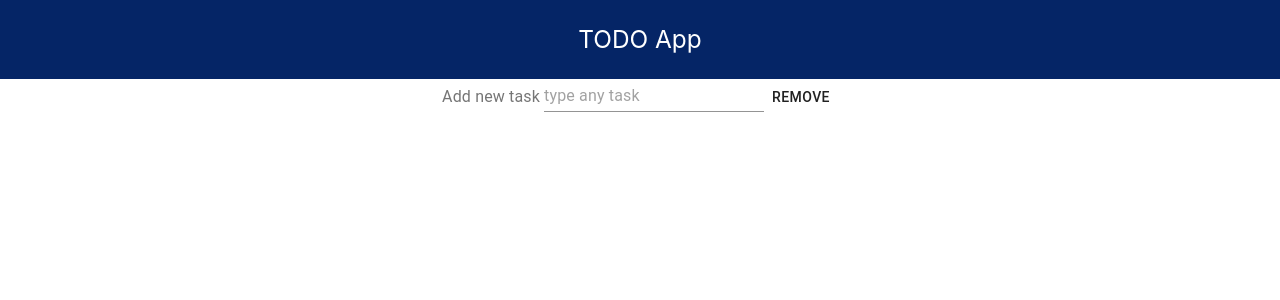
Repository: Shams97/Todo-app
Page: /
These files come from the project's save history. The page is drawn as it stood at one moment and after a run of saves; the edit follows.
The browser window is 1280 px wide. The pictures show the whole page.
The project was rebuilt for these pictures with package versions that can differ from the ones it lists, and the page was loaded fresh each time.

Above is the page before, as saved 2021-06-26 23:21:22.

### src/App.js
import './App.css';
import Tasks from './tasks/tasks';
function App() {
  return (
    <div className="App">
      <header className="App-header">
            <p> TODO App</p>
      </header>
      <Tasks/>
    </div>
  );
}

export default App;

### src/App.css
.App {
  text-align: center;
}

.App-header {
  background-color: #052566;
  min-height: 10vh;
  display: flex;
  flex-direction: column;
  align-items: center;
  justify-content: center;
  font-size: calc(10px + 2vmin);
  color: white;
}
.container {
  padding:0% 2%;
}

### src/tasks/tasks.js
import React from "react";
import { Button, Input, FormLabel, Container } from "@material-ui/core";
export default function Tasks() {
  return (
    <Container>
      <FormLabel>Add new task </FormLabel>
      <Input placeholder="type any task"></Input>
      <Button>remove</Button>
    </Container>
  );
}

Loaded but not shown: public/index.html (common file); src/index.js (common file); src/index.css (common file); src/reportWebVitals.js (common file)

After the next 3 saves:
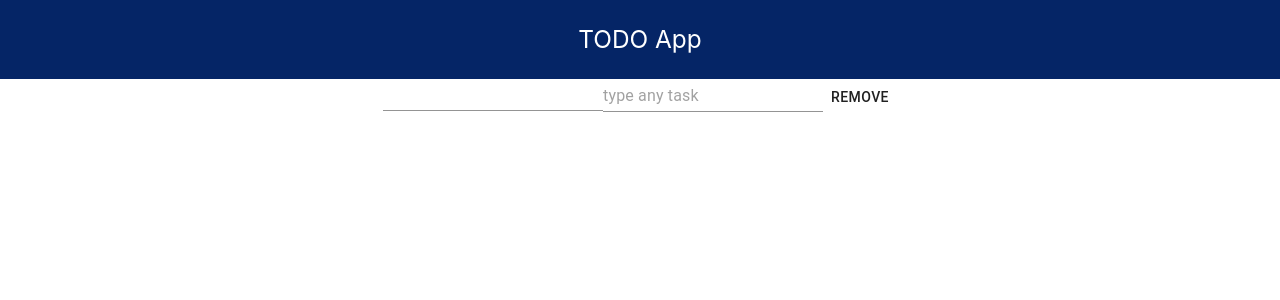
The 3 saves are shown as one change because 2 did not build or start.
The last was saved 59 s later.
--- a/src/tasks/tasks.js
+++ b/src/tasks/tasks.js
@@ -1,9 +1,9 @@
 import React from "react";
-import { Button, Input, FormLabel, Container } from "@material-ui/core";
+import { Button, Input, TextField, Container } from "@material-ui/core";
 export default function Tasks() {
   return (
     <Container>
-      <FormLabel>Add new task </FormLabel>
+      <TextField>Add new task </TextField>
       <Input placeholder="type any task"></Input>
       <Button>remove</Button>
     </Container>
